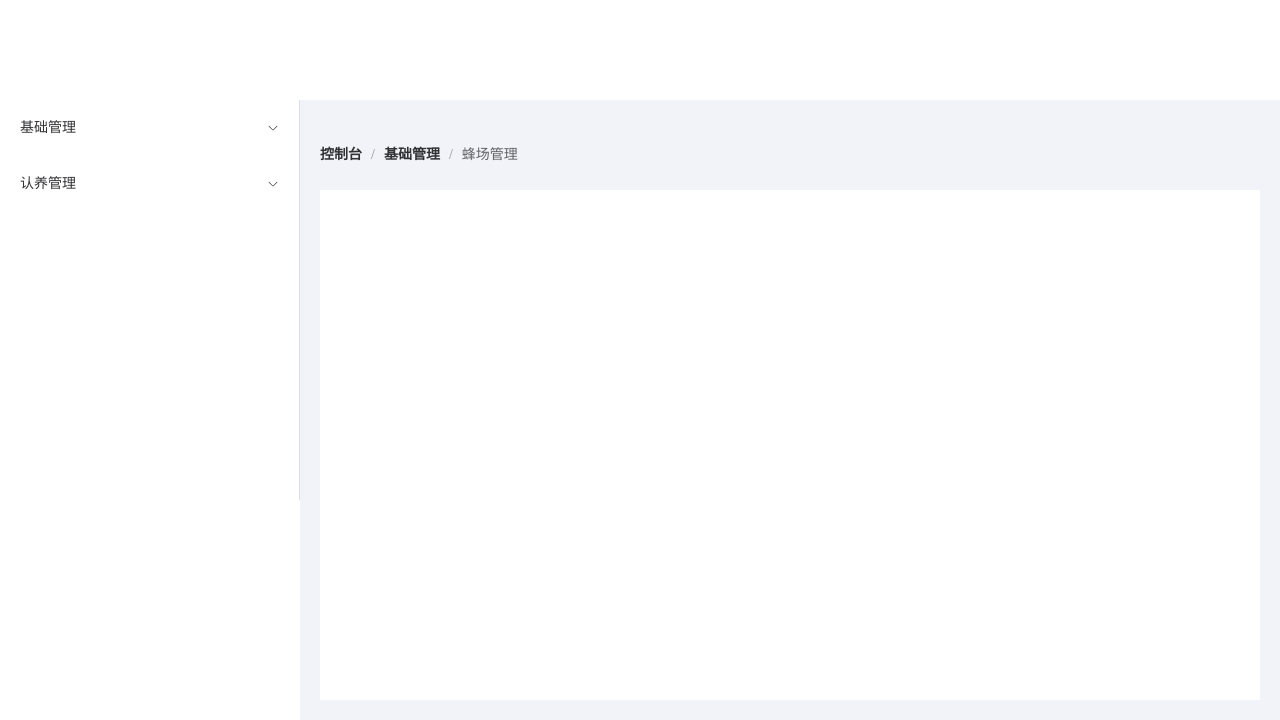
Repository: secret47/test-office-demo
Page: /dashboard
The author's editor kept a copy of each file at every save. The page is drawn from the files as they stood at one save, then again after the next save.
The browser window is 1280 px wide. The pictures show the whole page.
The project was rebuilt for these pictures with package versions that can differ from the ones it lists, and the page was loaded fresh each time. Also part of the build but not shown: vite.config.js.

Above is the page before, as saved 2024-10-29 10:11:48.

After the next save:
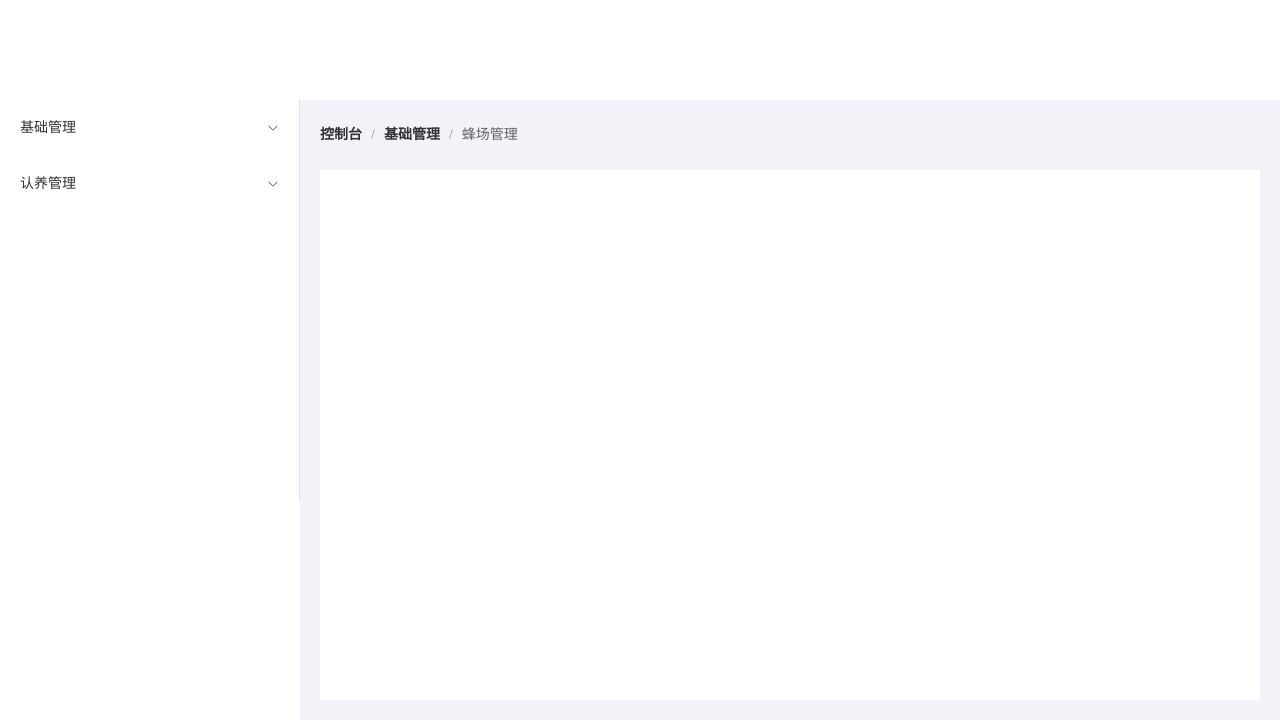
Saved 24 s later.
--- a/src/layouts/index.vue
+++ b/src/layouts/index.vue
@@ -68,7 +68,7 @@ const toggleCollapse = () => {
 
         .el-main {
             background: #F2F3F8;
-
+            padding-top: 0;
             .bread {
                 width: 100%;
                 height: 70px;
